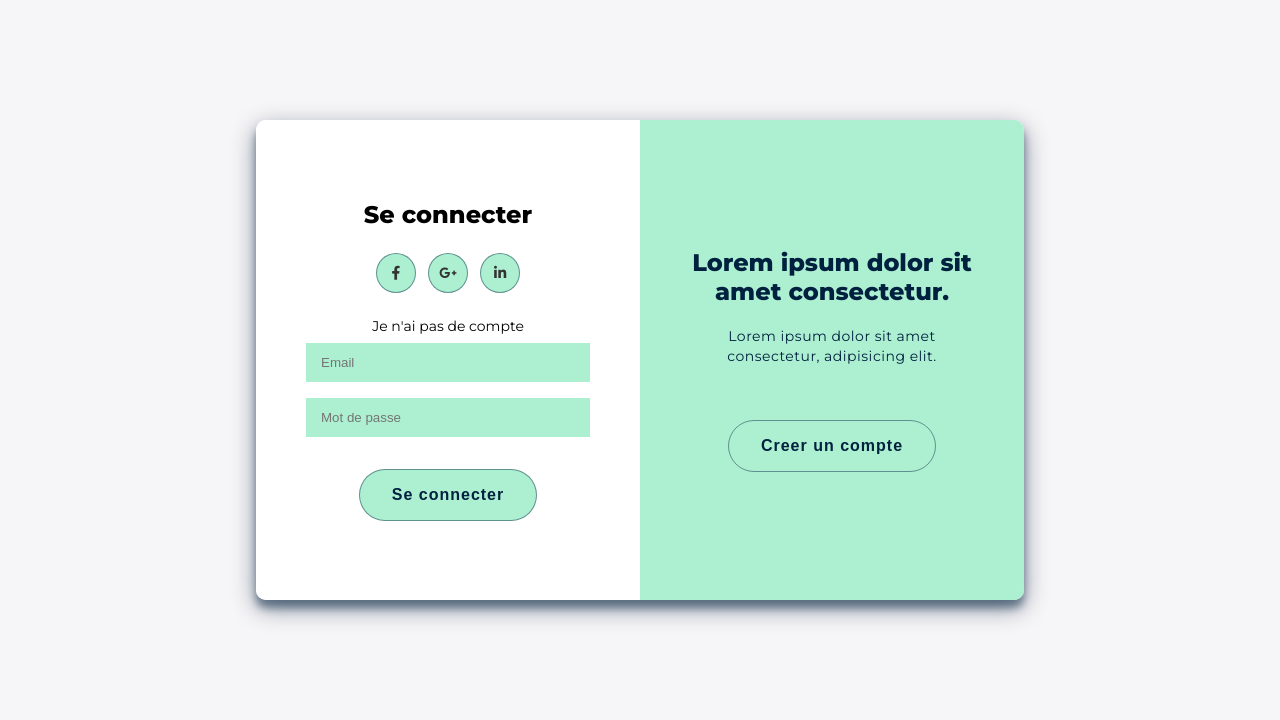
Repository: karim-sebih/runtrackJs
Page: bigjob/index.html
An editor plug-in stored every save of this project. The page is shown before and after a run of saves, followed by the edit.
The browser window is 1280 px wide. The pictures show the whole page.
Some web libraries are served in a nearby version.

Above is the page before, as saved 2025-03-20 11:53:20.
Console error: TypeError: Cannot read properties of null (reading 'addEventListener')

After the next 2 saves:
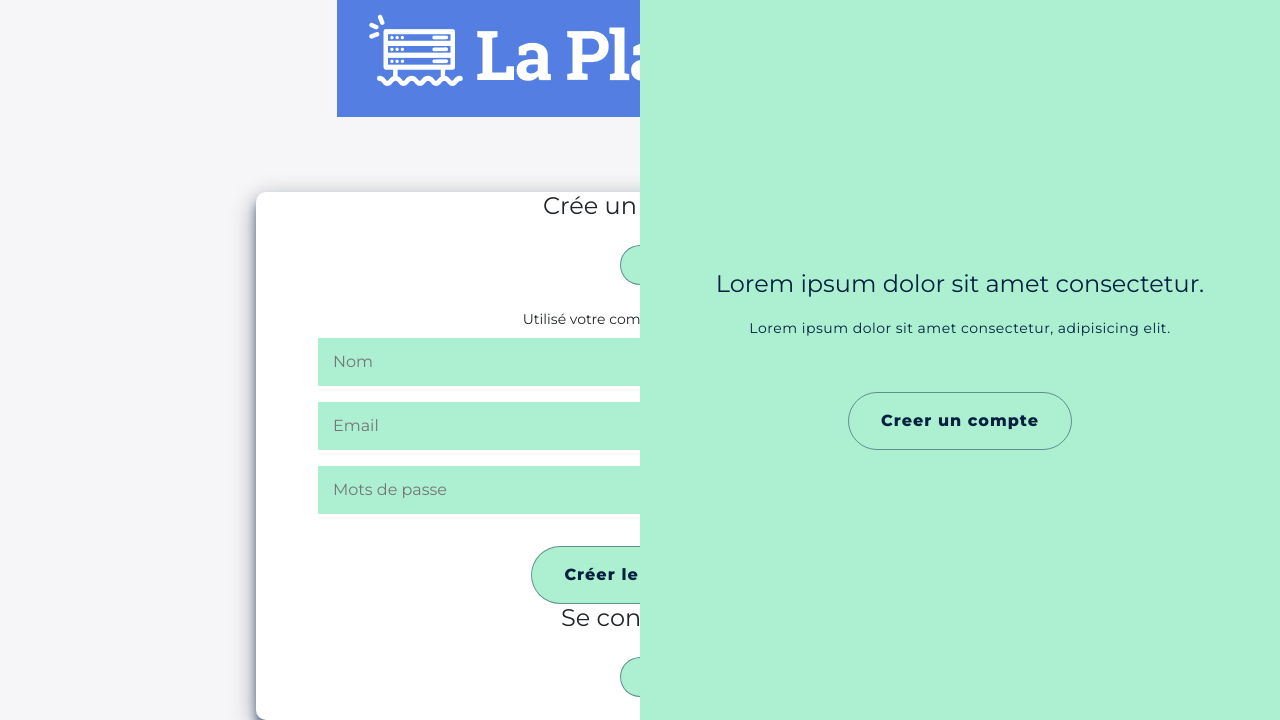
The error is gone.
The 2 saves are shown as one change because they came seconds apart.
The last was saved 8 s later.
--- a/bigjob/index.html
+++ b/bigjob/index.html
@@ -1,62 +1,81 @@
 <!DOCTYPE html>
-<html lang="fr">
+<html lang="en">
+<head>
+    <meta charset="UTF-8">
+    <meta name="viewport" content="width=device-width, initial-scale=1.0">
+    <link href="https://cdn.jsdelivr.net/npm/bootstrap@5.0.2/dist/css/bootstrap.min.css" rel="stylesheet" integrity="sha384-EVSTQN3/azprG1Anm3QDgpJLIm9Nao0Yz1ztcQTwFspd3yD65VohhpuuCOmLASjC" crossorigin="anonymous">    <link rel="stylesheet" href="index.css">
+<link rel="stylesheet" href="/css/index.css">
+<link rel="preconnect" href="https://fonts.googleapis.com">
+    <link rel="preconnect" href="https://fonts.gstatic.com" crossorigin>
+    <link href="https://fonts.googleapis.com/css2?family=Dancing+Script:wght@400..700&display=swap" rel="stylesheet">
 
-<head>
-	<meta charset="utf-8" />
-	<title>formulaire</title>
-	<link rel="stylesheet" href="./css/index.css" />
-	<link rel="stylesheet" href="https://cdnjs.cloudflare.com/ajax/libs/font-awesome/5.14.0/css/all.min.css" />
+    <title>Index</title>
 </head>
+<body>
+    <div class="logo" >
 
-<body>
-	<div class="container" id="container">
-		<div class="form-container sign-up-container">
-			<form action="#">
-				<h1>Creer un compte</h1>
-				<div class="social-container">
-					<a href="#"><i class="fab fa-facebook-f"></i></a>
-					<a href="#"><i class="fab fa-google-plus-g"></i></a>
-					<a href="#"><i class="fab fa-linkedin-in"></i></a>
-				</div>
-				<span>Utiliser compte gmail</span>
-				<input type="text" placeholder="Nom">
-				<input type="email" placeholder="Email">
-				<input type="password" placeholder="Mot de passe">
-				<button>Creer le compte</button>
-			</form>
-		</div>
-		<div class="form-container login-container">
-			<form action="#">
-				<h1>Se connecter</h1>
-				<div class="social-container">
-					<a href="#"><i class="fab fa-facebook-f"></i></a>
-					<a href="#"><i class="fab fa-google-plus-g"></i></a>
-					<a href="#"><i class="fab fa-linkedin-in"></i></a>
-				</div>
-				<span>Je n'ai pas de compte</span>
-				<input type="email" placeholder="Email">
-				<input type="password" placeholder="Mot de passe">
-				<button>Se connecter</button>
-			</form>
-		</div>
+        <img src="/asset/logo-laplateforme-2024.png" alt="logo laplateforme">
+    </div>
 
-		<div class="overlay-container">
-			<div class="overlay">
-				<div class="overlay-panel overlay-left">
-					<h1>Lorem ipsum dolor sit amet consectetur.</h1>
-					<p>Lorem ipsum dolor sit amet consectetur, adipisicing elit.</p>
-					<button class="ghost" id="login">Se connecter</button>
-				</div>
-				<div class="overlay-panel overlay-right">
-					<h1>Lorem ipsum dolor sit amet consectetur.</h1>
-					<p>Lorem ipsum dolor sit amet consectetur, adipisicing elit. </p>
-					<button class="ghost" id="signUp">Creer un compte</button>
-				</div>
-			</div>
-		</div>
-	</div>
+ <div class="container" id="container">
+    <div class="form-container-isncription">
+<form action="#">
+    <h1>Crée un compte</h1>
+    <div class="social-container">
+        <a href="#"><i class="fa-brands fa-google-plus"></i></a>
+    </div>
+    <span>Utilisé votre compte laplateforme</span>
+    <input type="text" placeholder="Nom">
+    <input type="email" placeholder="Email">
+    <input type="password" placeholder="Mots de passe">
+    <button>Créer le compte</button>
+</form>
+</div>
+<div class="form-container-connexion">
+    <form action="#">
+        <h1>Se connecter</h1>
+        <div class="social-container">
 
-	<script src="script.js" charset="utf-8"></script>
+            <a href="#"><i class="fab fa-google-plus-g"></i></a>
+        </div>
+        <input type="email" placeholder="Email">
+        <input type="password" placeholder="Mot de passe">
+        <button>Se connecter</button>
+    </form>
+</div>
+    </div>
+    <div class="overlay-container">
+        <div class="overlay">
+            <div class="overlay-panel overlay-left">
+                <h1>Lorem ipsum dolor sit amet consectetur.</h1>
+                <p>Lorem ipsum dolor sit amet consectetur, adipisicing elit.</p>
+                <button class="ghost" id="connecter">Se connecter</button>
+            </div>
+            <div class="overlay-panel overlay-right">
+                <h1>Lorem ipsum dolor sit amet consectetur.</h1>
+                <p>Lorem ipsum dolor sit amet consectetur, adipisicing elit. </p>
+                <button class="ghost" id="inscription">Creer un compte</button>
+            </div>
+        </div>
+    </div>
+
+
+ </div>
+
+
+
+
+
+
+
+
+
+
+
+
+
+
+        <script src="https://cdn.jsdelivr.net/npm/@popperjs/core@2.9.2/dist/umd/popper.min.js" integrity="sha384-IQsoLXl5PILFhosVNubq5LC7Qb9DXgDA9i+tQ8Zj3iwWAwPtgFTxbJ8NT4GN1R8p" crossorigin="anonymous"></script>
+        <script src="https://cdn.jsdelivr.net/npm/bootstrap@5.0.2/dist/js/bootstrap.min.js" integrity="sha384-cVKIPhGWiC2Al4u+LWgxfKTRIcfu0JTxR+EQDz/bgldoEyl4H0zUF0QKbrJ0EcQF" crossorigin="anonymous"></script>
 </body>
-
 </html>
